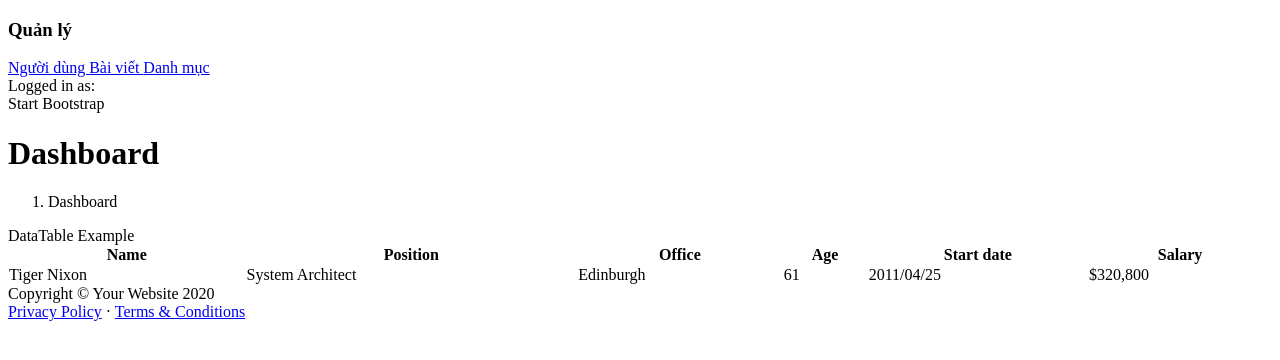
Repository: tampkqn123/springmvc-news
Page: http://localhost/web-news-springmvc/WEB-INF/views/admin/home.jsp
An editor plug-in stored every save of this project. The page is shown before and after the next save, followed by the edit.
The browser window is 1280 px wide. The pictures show the whole page.
The page is served by Tomcat 9. Nobody is signed in. The template is opened directly, without the code that normally fills it, so the values that code supplies are empty.

Above is the page before, as saved 2020-09-10 05:17:41.

After the next save:
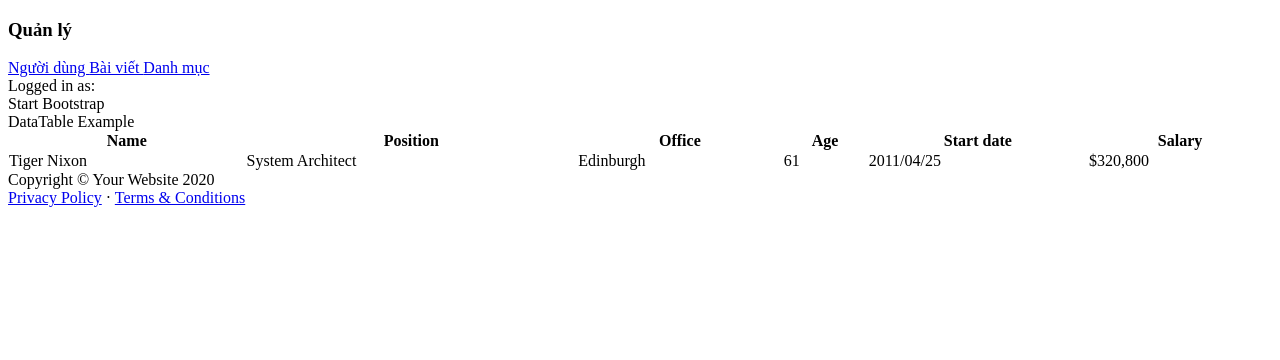
Saved 71 s later.
--- a/web-news-springmvc/src/main/webapp/WEB-INF/views/admin/home.jsp
+++ b/web-news-springmvc/src/main/webapp/WEB-INF/views/admin/home.jsp
@@ -4,7 +4,7 @@
 <html>
 <head>
 <meta charset="UTF-8">
-<title>Insert title here</title>
+<title>ADMIN HOME</title>
 </head>
 <body>
 	<div id="layoutSidenav">
@@ -36,11 +36,6 @@
 		<div id="layoutSidenav_content">
 			<main>
 				<div class="container-fluid">
-					<h1 class="mt-4">Dashboard</h1>
-					<ol class="breadcrumb mb-4">
-						<li class="breadcrumb-item active">Dashboard</li>
-					</ol>
-
 					<div class="card mb-4">
 						<div class="card-header">
 							<i class="fas fa-table mr-1"></i> DataTable Example
